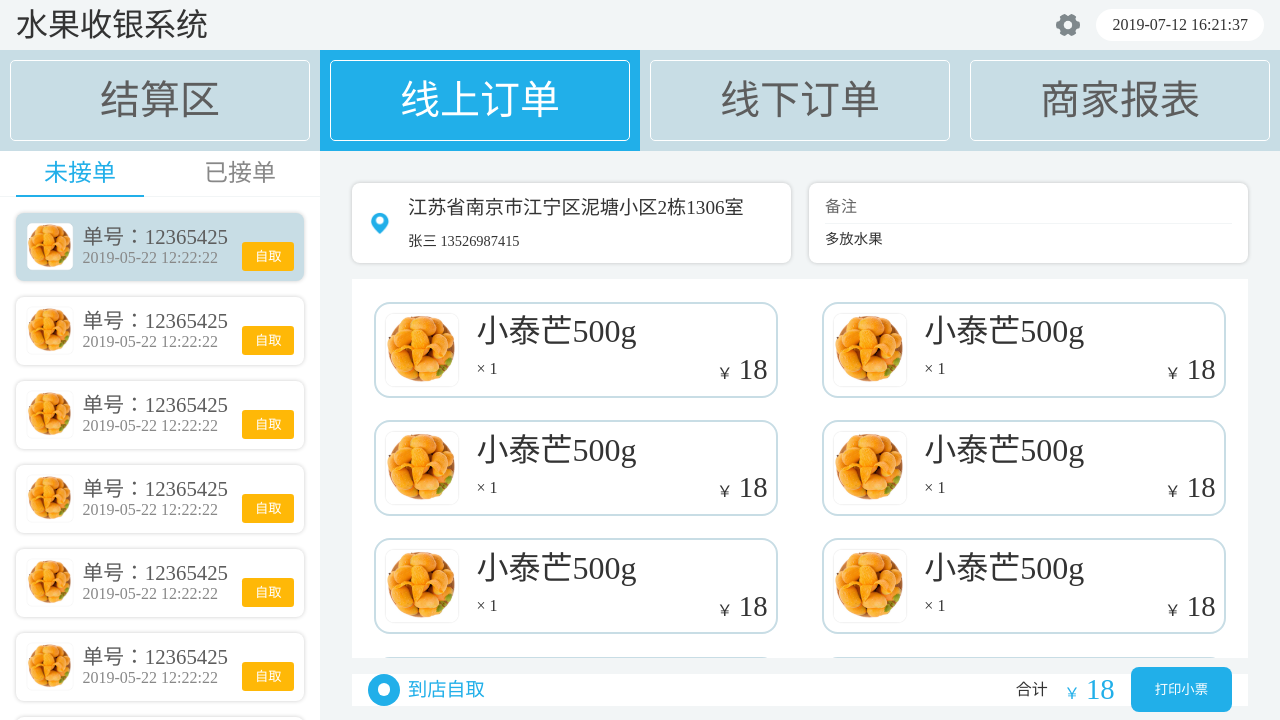
Repository: missing-star/fruit
Page: index.html
The author's editor kept a copy of each file at every save. The page is drawn from the files as they stood at one save, then again after the next save.
The browser window is 1280 px wide. The pictures show the whole page.
An inner scrolling area shows only its first screen.

Above is the page before, as saved 2019-07-12 17:42:12.

After the next save:
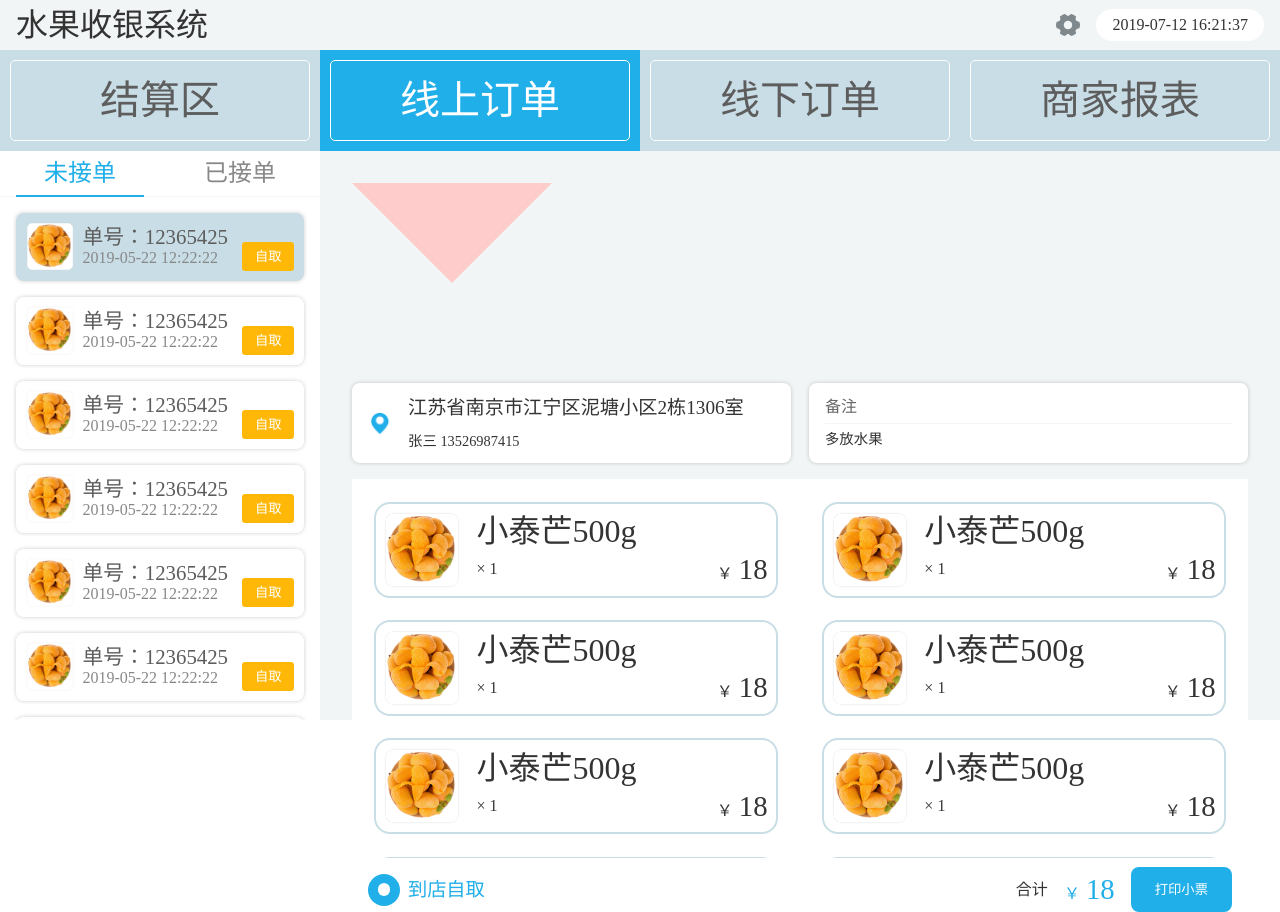
Saved 3 min 17 s later.
--- a/css/index.css
+++ b/css/index.css
@@ -538,3 +538,10 @@ button.print-action {
 p.calculator-title {
     margin-right: 1rem;
 }
+.triangle {
+    border-width: 100px;
+    border-style: solid;
+    border-color: #FFCCCC transparent transparent transparent;
+    width: 0;
+    height: 0;
+}
